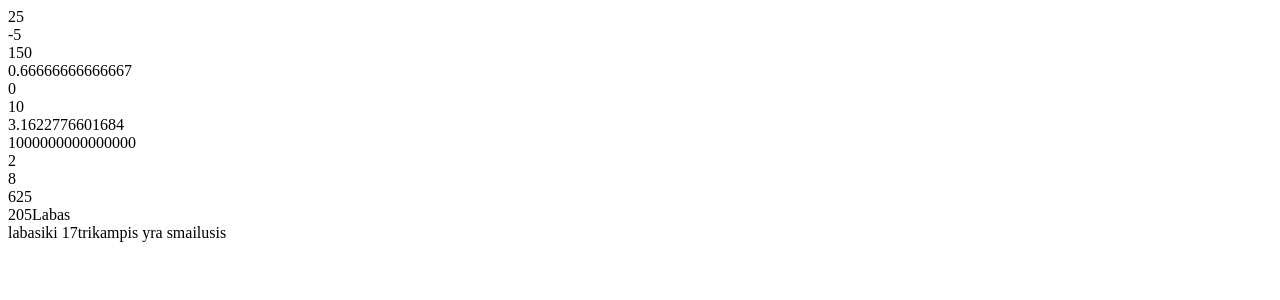
Repository: motiejus1/02-paskaita-PHP-05.31
Page: http://localhost/
The author's editor kept a copy of each file at every save. The page is drawn from the files as they stood at one save, then again after a run of saves.
The browser window is 1280 px wide. The pictures show the whole page.
The page is run by PHP 8.4 with error messages shown; the project is at /var/www/html/.

Above is the page before, as saved 2021-07-23 19:02:24.

After the next 2 saves:
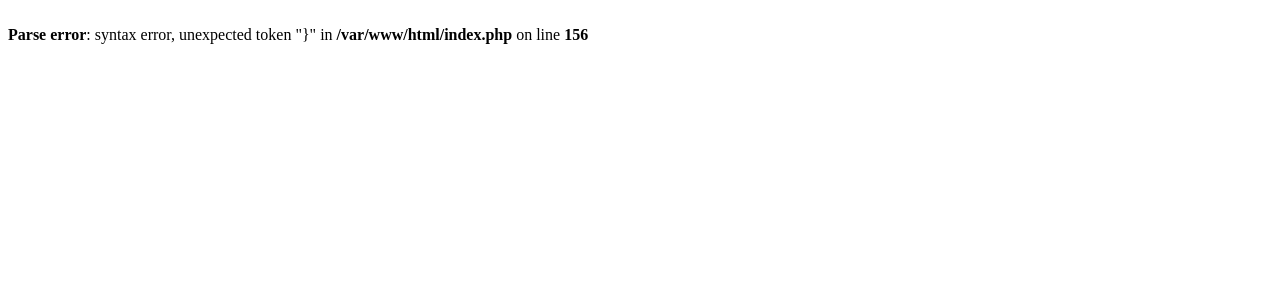
The 2 saves are shown as one change because they came seconds apart.
The last was saved 5 s later.
--- a/index.php
+++ b/index.php
@@ -152,7 +152,7 @@
     $maksimalus = 0;
 
     if($pirmas > $antras ) {
-
+        $maksimalus =
     }
 
 

After the save that followed:
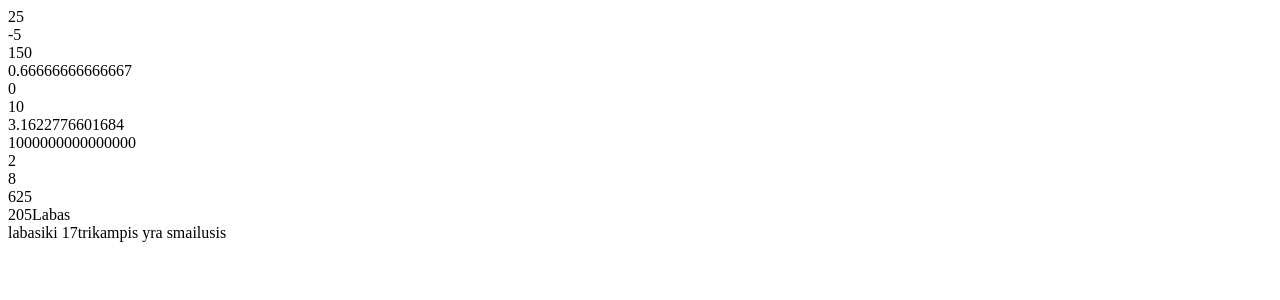
Saved 4 s later.
--- a/index.php
+++ b/index.php
@@ -152,7 +152,7 @@
     $maksimalus = 0;
 
     if($pirmas > $antras ) {
-        $maksimalus =
+        $maksimalus = $pirmas;
     }
 
 
